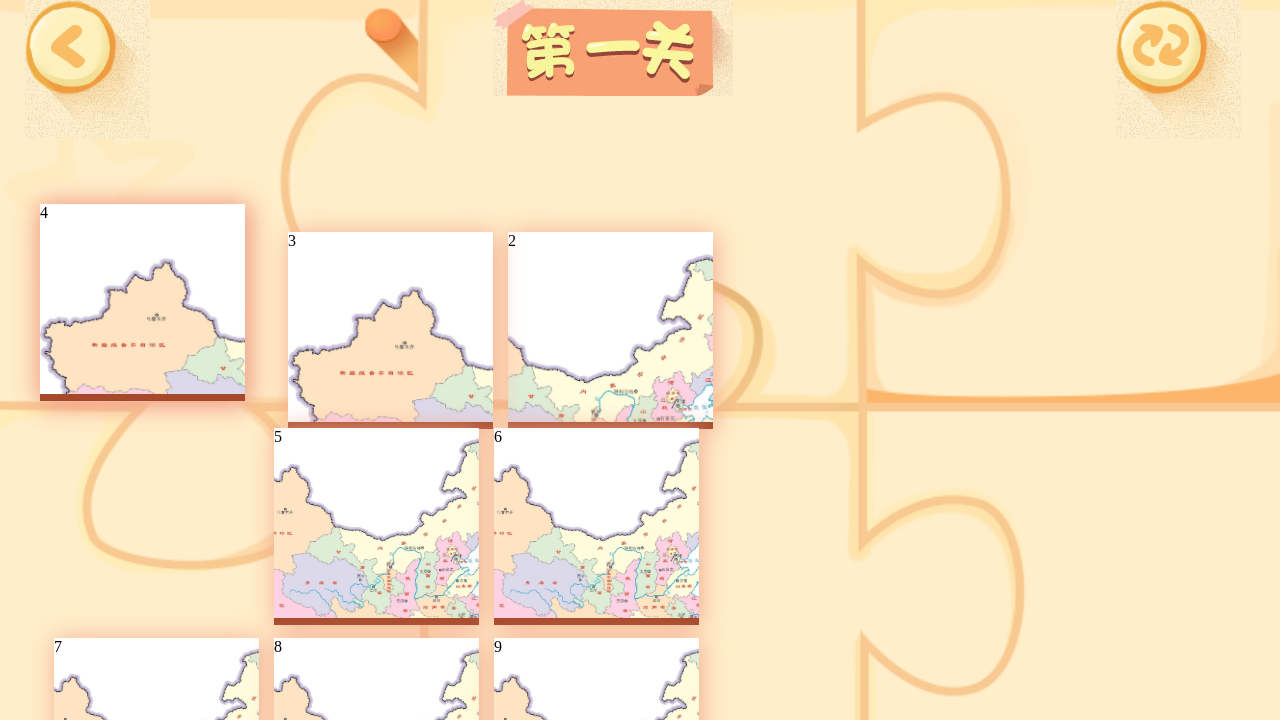
Repository: RedrockTeam/China-map-puzzle
Page: /#/second
An editor plug-in stored every save of this project. The page is shown before and after the next save, followed by the edit.
The browser window is 1280 px wide. The pictures show the whole page.
Some web fonts or font styles are not loaded; a fallback is used. The project was rebuilt for these pictures with package versions that can differ from the ones it lists, and the page was loaded fresh each time. Also part of the build but not shown: vue.config.js, src/network/request.js, src/views/home.vue, src/views/pass.vue, src/components/dialog.vue, src/views/first.vue.

Above is the page before, as saved 2019-09-25 09:24:10.

### public/index.html
<!DOCTYPE html>
<html lang="en">

<head>
  <meta charset="utf-8">
  <meta http-equiv="X-UA-Compatible" content="IE=edge">
  <meta name="viewport" content="width=device-width,initial-scale=1.0">
  <link rel="icon" href="<%= BASE_URL %>favicon.ico">
  <title>puzzle-game</title>
</head>

<body>
  <noscript>
    <strong>We're sorry but my doesn't work properly without JavaScript enabled. Please enable it to continue.</strong>
  </noscript>
  <div id="app"></div>
  <!-- built files will be auto injected -->


 </body>
</html>

### src/main.js
import Vue from 'vue'
import App from './App.vue'
import router from './router'
import store from './store'
// import ApiService from './common/service/api'

import './assets/styles/common.css'
import './assets/font/font.css'

// Vue.config.productionTip = false

// ApiService.init()

new Vue({
  router,
  store,
  render: h => h(App)
}).$mount('#app')

### src/App.vue
<template>
  <div>
    <router-view></router-view>
  </div>
</template>

<script>
export default {
  name: 'App',
  data() {
    return {};
  }
};
</script>
<style>
</style>

### src/router/index.js
import Vue from 'vue'
import Router from 'vue-router'
import Home from '../views/home.vue'
import Result from '../views/result.vue'
import Pass from '../views/pass.vue'
import Button from '../components/dialog.vue'
import First from '../views/first.vue'
import Second from '../views/second.vue'

Vue.use(Router)

export default new Router({
  routes: [{
    path: '/',
    redirect: '/home'
  },
  {
    path: '/home',
    name: 'home',
    component: Home,
  },
  {
    path: '/pass',
    name: 'pass',
    component: Pass,
  },
  {
    path: '/result',
    name: 'result',
    component: Result,
  },
  {
    path: '/button',
    name: 'button',
    component: Button,
  },
  {
    path: '/first',
    name: 'first',
    component: First
  },
  {
    path: '/second',
    name: 'second',
    component: Second
  }



  ]


})

### src/store/index.js
import Vue from 'vue'
import Vuex from 'vuex'
import {
  isContext
} from 'vm';

Vue.use(Vuex)

export default new Vuex.Store({
  state: {
    time: {
      minute: 0,
      second: 0,
      millisecond: 0,
      timecount: '00:00:00',
    },
  },
  mutations: {
    //开始
    start() {
      var that = this;
      //停止（暂停）
      clearInterval(time);
      //时间重置
      that.setData({
        minute: 0,
        second: 0,
        millisecond: 0,
      })
      time = setInterval(function () {
        that.timer()
      }, 50);
      time = () => {
        that.timer()
      }
    },
    //停止
    stop() {
      var that = this
      clearInterval(intt);
      that.setData({
        minute: 0,
        second: 0,
        millisecond: 0,
        timecount: '00:00:00',
      })
    },
    timer() {
      var that = this;
      console.log(that.data.millisecond)
      that.setData({
        millisecond: that.data.millisecond + 5
      })
      if (that.data.millisecond >= 100) {
        that.setData({
          millisecond: 0,
          second: that.data.second + 1
        })
      }
      if (that.data.second >= 60) {
        that.setData({
          second: 0,
          minute: that.data.minute + 1
        })
      }
      that.setData({
        timecount: that.data.minute + ":" + that.data.second + ":" + that.data.millisecond
      })
    },
  },
  actions: {
    // time = setInterval(function () {
    //   context.commit('time')
    // }, 50)
  }
})

### src/assets/styles/common.css
/* global */
* {
    margin: 0;
    padding: 0;
}

html {
    overflow-y: scroll;
    overflow-x: hidden;

}

html,
body {
    width: 100%;
}

a {
    text-decoration: none;
    text-align: center;
    cursor: pointer;
    color: black;
    outline: none;
}

a:hover {
    text-decoration: underline;
}

ul,
ol {
    list-style: none;
}

.clear {
    clear: both;
}

### src/assets/font/font.css
@font-face {
    font-family: "Tanuki";
    font-weight: normal;
    font-style: normal;
    src: url('./Tanuki.ttf') format('truetype');
}

@font-face {
    font-family: "Cotton";
    font-weight: normal;
    font-style: normal;
    src: url('./cotton.ttf') format('truetype');
}

### src/views/result.vue
<template>
  <div class="bg">
    <div class="head">
      <div class="back"></div>
      <div class="title"></div>
      <div class="front"></div>
    </div>

    <div class="contain">
      <div class="score">
        <div>
          <p>
            <span class="clock"></span>
            <span class="word">我的时间：</span>
          </p>
          <p>
            <i class="grade"></i>
            <span class="word">我的成绩：</span>
          </p>
        </div>
      </div>
      <div class="list">
        <p class="list_item first">
          <span class="icon"></span>
          <span class="nickname">这是我的昵称</span>
          <span class="time">10s</span>
        </p>
        <p class="list_item second">
          <span class="icon"></span>
          <span class="nickname">这是我的昵称</span>
          <span class="time">10s</span>
        </p>
        <p class="list_item third">
          <span class="icon"></span>
          <span class="nickname">这是我的昵称</span>
          <span class="time">10s</span>
        </p>
        <p class="list_item">
          <span class="normal">4</span>
          <span class="nickname">这是我的昵称</span>
          <span class="time">10s</span>
        </p>
        <p class="list_item">
          <span class="normal">4</span>
          <span class="nickname">这是我的昵称</span>
          <span class="time">10s</span>
        </p>
      </div>
    </div>
    <div class="line"></div>
  </div>
</template>

<style>
.bg {
  position: absolute;
  top: 0;
  left: 0;
  height: 100%;
  width: 100%;
  background: url("../assets/img/pass/background.png");
  background-size: cover;
}
.head {
  display: flex;
  margin-top: 60px;
  margin-left: 50px;
}

.back {
  background: url("../assets/img/ranking/back.png");
  width: 93px;
  height: 97px;
  background-size: cover;
  margin-right: 120px;
}
.title {
  background: url("../assets/img/ranking/ranking_title.png") no-repeat;
  width: 260px;
  height: 200px;
  background-size: 100%;
  margin-left: -40px;
}
.front {
  background: url("../assets/img/ranking/front.png");
  width: 93px;
  height: 97px;
  background-size: cover;
  margin-left: 80px;
}

.contain {
  width: 650px;
  height: 850px;
  background: #ffae72;
  margin: -15px auto 0;
}

.score {
  width: 617px;
  height: 206px;
  background: url("../assets/img/ranking/result.png");
  background-size: cover;
  padding-top: 40px;
}
.score div {
  margin-top: 20px;
  margin-left: 20px;
}

.word {
  letter-spacing: 5px;
}

.score p {
  color: #ffae72;
  font-weight: bold;
  font-size: 35px;
  padding-top: 20px;
  margin: 0 auto;
  width: 250px;
  margin-left: 50px;
  margin-top: 10px;
}

.clock,
.grade {
  width: 29px;
  height: 29px;
  display: inline-block;
  margin-right: 10px;
}
.clock {
  background: url("../assets/img/ranking/clock.png") no-repeat;
  background-size: cover;
}
.grade {
  background: url("../assets/img/ranking/list.png") no-repeat;
  background-size: cover;
}
.list {
  height: 520px;
  overflow: auto;
  margin-top: 20px;
}
::-webkit-scrollbar {
  display: none;
}
.list_item {
  background: url("../assets/img/ranking/box.png");
  width: 580px;
  height: 125px;
  background-size: cover;
  margin-left: 50px;
  display: flex;
}
.icon {
  display: inline-block;
  width: 81px;
  height: 82px;
  margin: 15px 35px;
}
.first .icon {
  background: url("../assets/img/ranking/first.png");
  background-size: cover;
}
.second .icon {
  background: url("../assets/img/ranking/second.png");
  background-size: cover;
}
.third .icon {
  background: url("../assets/img/ranking/third.png");
  background-size: cover;
}
.nickname {
  color: #ffae72;
  font-size: 35px;
  font-weight: bold;
  display: inline-block;
  margin-top: 30px;
  font-family: Tanuki;
}
.time,
.normal {
  margin-left: auto;
  margin-right: 80px;
  font-weight: bold;
  display: inline-block;
  margin-top: 20px;
  color: #ff7b5c;
  font-size: 50px;
}

.line {
  width: 570px;
  height: 36px;
  background: url("../assets/img/ranking/line.png");
  background-size: cover;
  margin-left: 100px;
  margin-top: -50px;
}
</style>

<script>
export default {};
</script>

### src/views/second.vue
<template>
  <div class="game">
    <div class="header">
      <div class="back_shadow">
        <div class="back"></div>
      </div>
      <div class="title">
        <img src="../assets/img/game/one.png" />
      </div>
      <div class="refresh_shadow">
        <div class="refresh"></div>
      </div>
    </div>
    <div class="main" ref="main">
      <div class="piece chosen first" ref="pic" data-index="1">1</div>
      <div class="piece second" ref="pic" data-index="2">2</div>
      <div class="piece third" ref="pic" data-index="3">3</div>
      <div class="piece four" ref="pic" data-index="4">4</div>
      <div class="piece five" ref="pic" data-index="5">5</div>
      <div class="piece six" ref="pic" data-index="6">6</div>
      <div class="piece seven" ref="pic" data-index="7">7</div>
      <div class="piece eight" ref="pic" data-index="8">8</div>
      <div class="piece nine" ref="pic" data-index="9">9</div>
    </div>
    <div class="showpic_shadow">
      <div class="showpic">长按可看3s原图</div>
    </div>
  </div>
</template>

<script>
export default {
  data() {
    return {
      firstX: null,
      firstY: null,
      number: 0
    };
  },
  mounted() {
    this.random();
    this.moveImage();
  },

  methods: {
    moveImage() {
      let pics = this.$refs.main.children;
      let picWidth = pics[0].offsetWidth;
      let picHeight = pics[0].offsetHeight;
      let boxWidth = this.$refs.main.offsetWidth;
      let boxHeight = this.$refs.main.offsetHeight;
      let dx,
        dy,
        newLeft,
        newTop,
        firstX,
        firstY,
        firstIndex,
        firstPic,
        secondPic;
      let number = this.number;
      let isSuccess = this.isSuccess;
      for (var i = 0; i < pics.length; i++) {
        pics[i].addEventListener("touchstart", function(e) {
          this.style.zIndex = 100;
          this.startX = this.offsetLeft;
          this.startY = this.offsetTop;
          this.style.transition = "none";
          console.log(number);
          if (number == 0) {
            firstX = this.startX;
            firstY = this.startY;
            firstIndex = this.getAttribute("data-index");
            firstPic = this;
            number += 1;
          } else if (number == 1) {
            this.startX = this.offsetLeft;
            this.startY = this.offsetTop;
            secondPic = this;
            firstPic.style.left = this.startX + "px";
            firstPic.style.top = this.startY + "px";
            firstPic.setAttribute(
              "data-index",
              this.getAttribute("data-index")
            );
            secondPic.style.left = firstX + "px";
            secondPic.style.top = firstY + "px";
            secondPic.setAttribute("data-index", firstIndex);
            number = 0;
            if (isSuccess() == true) {
              alert.log("true");
            }
          }
        });
      }
      return pics;
    },

    random(a, b) {
      var a = Math.floor(Math.random() * 4);
      var b = Math.floor(Math.random() * 4);
      let pics = this.$refs.main.children;
      var aEle = pics[a];
      var bEle = pics[b];

      var _left;
      _left = aEle.offsetLeft;
      aEle.style.left = bEle.offsetLeft + "px";
      bEle.style.left = _left + "px";
      var _top;
      _top = aEle.offsetTop;
      aEle.style.top = bEle.offsetTop + "px";
      bEle.style.top = _top + "px";
      var _index;
      _index = aEle.getAttribute("data-index");
      aEle.setAttribute("data-index", bEle.getAttribute("data-index"));
      bEle.setAttribute("data-index", _index);
    },

    isSuccess() {
      console.log("try");
      let pics = this.$refs.main.children;
      console.log(pics);
      var str = "";
      for (var i = 0; i < pics.length; i++) {
        str += pics[i].getAttribute("data-index");
      }
      console.log(str);
      if (str == "1234") {
        return true;
      }
      return false;
    }
  }
};
</script>
<style lang="scss" scoped>
.game {
  position: absolute;
  top: 0;
  left: 0;
  height: 100%;
  width: 100%;
  background: url("../assets/img/pass/background.png");
  background-size: cover;
  overflow: hidden;
  .header {
    width: 95%;
    height: 140px;
    margin: 0 auto 24px 25px;
    display: inline-flex;
    justify-content: space-between;
    .back_shadow {
      width: 125px;
      height: 139px;
      background-image: url("../assets/img/common/btn_sbg.jpg");
      background-repeat: no-repeat;
      background-position: 0% 0%;
      background-size: contain;
      .back {
        width: 92px;
        height: 95px;
        background-image: url("../assets/img/common/back.png");
        background-repeat: no-repeat;
        background-position: 0% 0%;
        background-size: contain;
      }
    }
    .title {
      width: 240px;
      height: 96px;
      background-image: url("../assets/img/game/title_bg.jpg");
      background-repeat: no-repeat;
      background-position: 0% 0%;
      background-size: contain;
      display: flex;
      justify-content: center;
      align-items: center;
      img {
        width: 54px;
        height: 17px;
      }
    }
    .refresh_shadow {
      width: 125px;
      height: 139px;
      background-image: url("../assets/img/common/btn_sbg.jpg");
      background-repeat: no-repeat;
      background-position: 0% 0%;
      background-size: contain;
      .refresh {
        width: 92px;
        height: 95px;
        background-image: url("../assets/img/common/refresh.png");
        background-repeat: no-repeat;
        background-position: 0% 0%;
        background-size: contain;
      }
    }
  }
  .main {
    width: 750px;
    height: 700px;
    position: relative;
    padding: 26px;

    .piece {
      width: 205px;
      height: 190px;
      box-shadow: 2px 2px 24px #f3a98f;
      margin: 14px 14px 0 14px;
      border-bottom: 7px solid #a6492b;
      background: url("../assets/img/button/map.jpg");
      transition: all 0.5s ease 0s;
      position: absolute;
    }
    .four {
      background-position: 0 0;
      background-size: 250%;
    }

    .second {
      background-position-x: -160px;
      background-size: 250%;
      left: 260px;
      top: 40px;
    }
    .third {
      background-position-x: px;
      background-size: 250%;
      left: 480px;
      top: 40px;
    }
    .first {
      background-size: 250%;
    }

    .five {
      background-position: 328px 306px;
      background-size: 200%;
      top: 250px;
      left: 260px;
    }
    .six {
      background-position: 328px 306px;
      background-size: 200%;
      top: 250px;
      left: 480px;
    }
    .seven {
      background-position: 328px 306px;
      background-size: 200%;
      top: 460px;
      left: 40px;
    }
    .eight {
      background-position: 328px 306px;
      background-size: 200%;
      top: 460px;
      left: 260px;
    }
    .nine {
      background-position: 328px 306px;
      background-size: 200%;
      top: 460px;
      left: 480px;
    }
    .chosen {
      border-bottom: 7px solid #da8f43;
    }
  }
  .showpic_shadow {
    width: 560px;
    height: 173px;
    margin: 60px auto auto 154px;
    background-image: url("../assets/img/game/showpic_sbg.jpg");
    background-repeat: no-repeat;
    background-position: 0% 0%;
    background-size: contain;

    .showpic {
      width: 458px;
      height: 107px;
      background-image: url("../assets/img/game/showpic_bg.png");
      background-repeat: no-repeat;
      background-position: 0% 0%;
      background-size: contain;
      text-align: center;
      line-height: 107px;
      font-family: "Cotton";
      font-size: 50px;
      color: #fffcad;
    }
  }
}
</style>

After the next save:
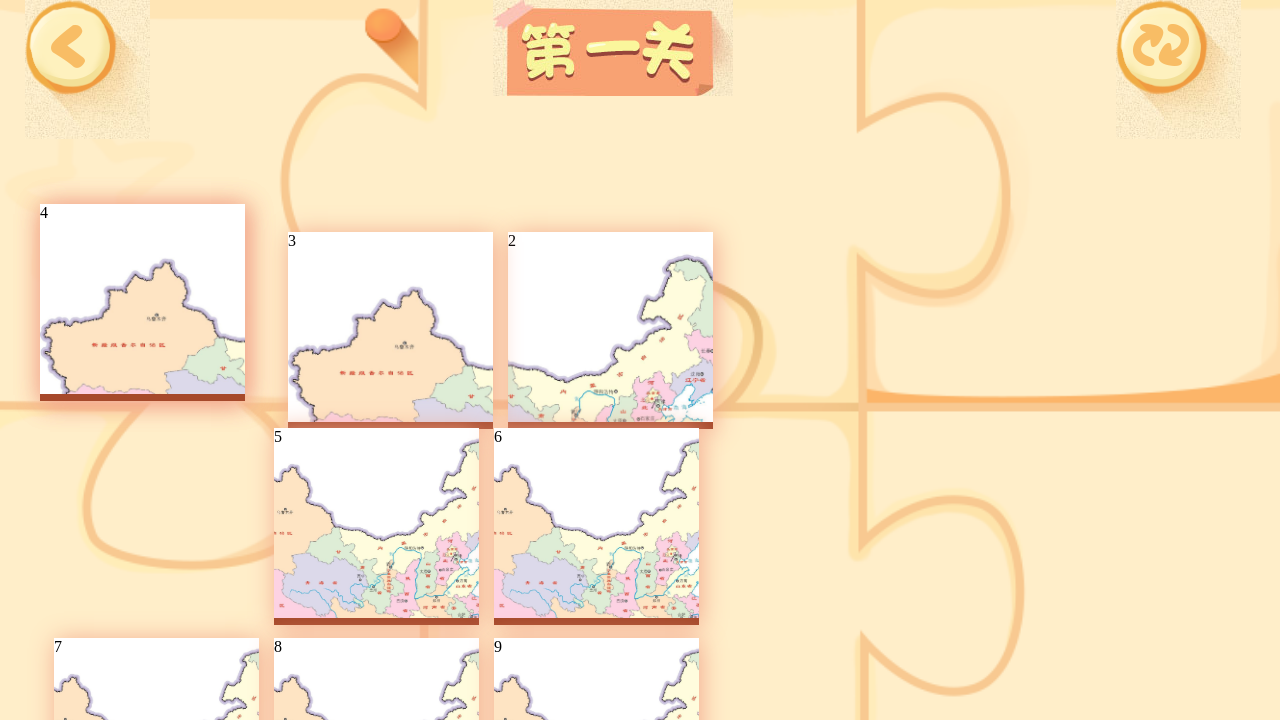
Saved 6 s later.
--- a/src/views/second.vue
+++ b/src/views/second.vue
@@ -220,7 +220,7 @@
     }
 
     .second {
-      background-position-x: -160px;
+      background-position-x: -180px;
       background-size: 250%;
       left: 260px;
       top: 40px;
